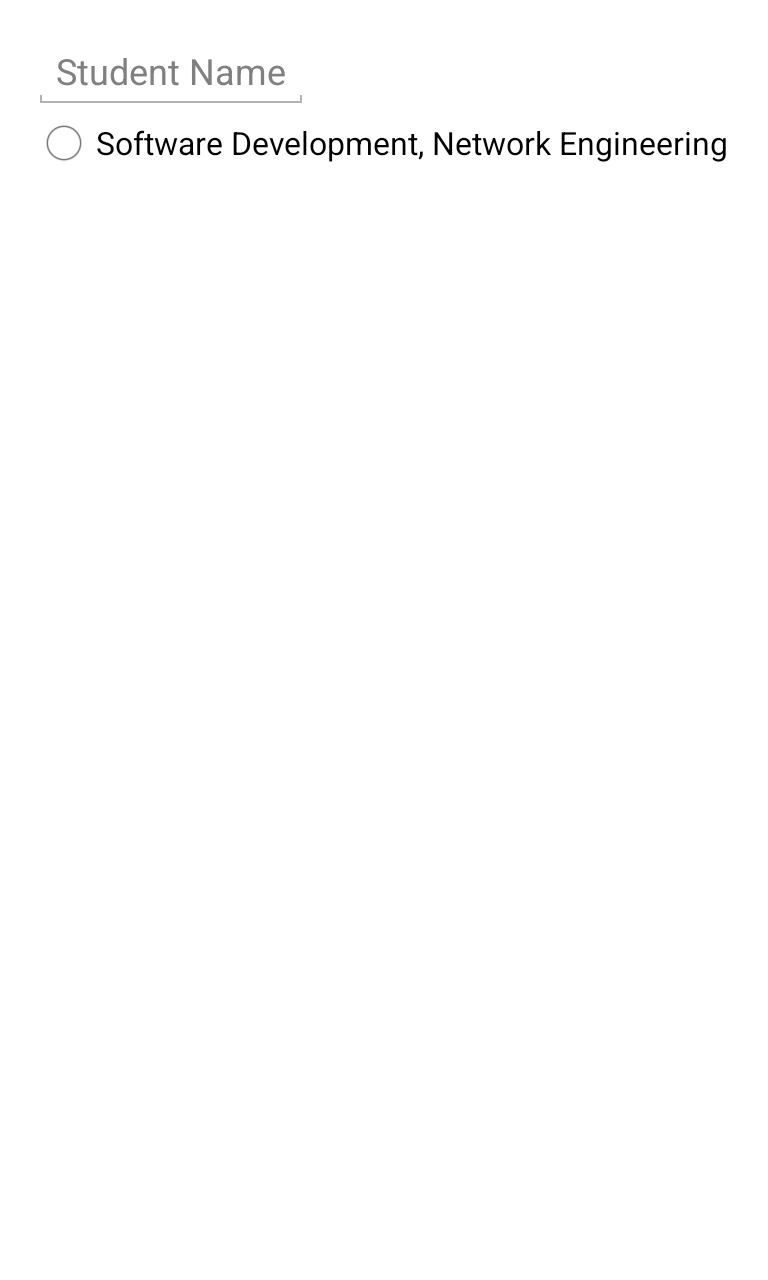
Repository: ericMedeiros93/Android-Dev
Layout: StudentInfo/res/layout/activity_main.xml
These files come from the project's save history. The layout is drawn as it stood at one moment and after the next save; the edit follows.
It is drawn on a 768 x 1280 px phone screen (xhdpi) without system bars, with theme AppTheme; the app's code is not run.

Above is the layout before, as saved 2014-10-08 15:41:26.

After the next save:
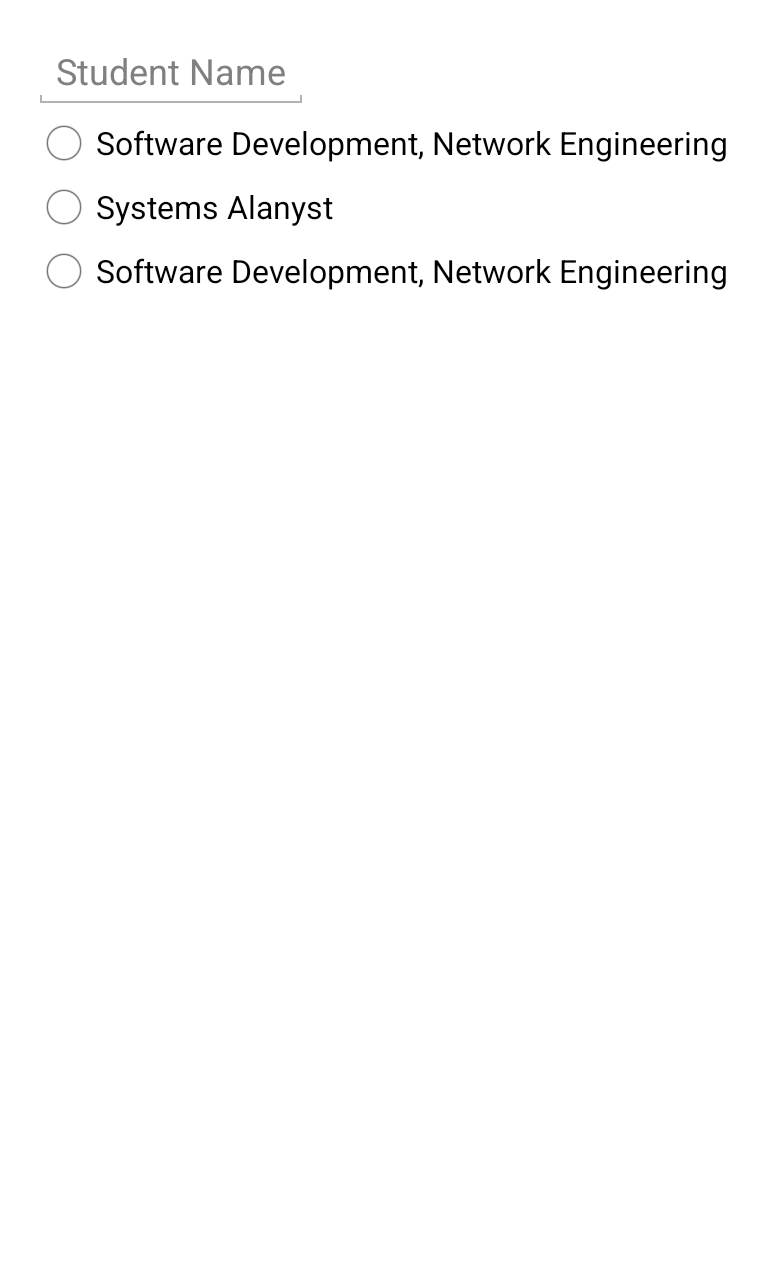
Saved 25 s later.
--- a/StudentInfo/res/layout/activity_main.xml
+++ b/StudentInfo/res/layout/activity_main.xml
@@ -26,6 +26,20 @@
             android:layout_height="wrap_content"
             android:text="Software Development, Network Engineering" >
         </RadioButton>
+
+        <RadioButton
+            android:id="@+id/radSA"
+            android:layout_width="match_parent"
+            android:layout_height="wrap_content"
+            android:text="Systems Alanyst" >
+        </RadioButton>
+
+        <RadioButton
+            android:id="@+id/radSDNE"
+            android:layout_width="match_parent"
+            android:layout_height="wrap_content"
+            android:text="Software Development, Network Engineering" >
+        </RadioButton>
     </RadioGroup>
 
 </LinearLayout>
